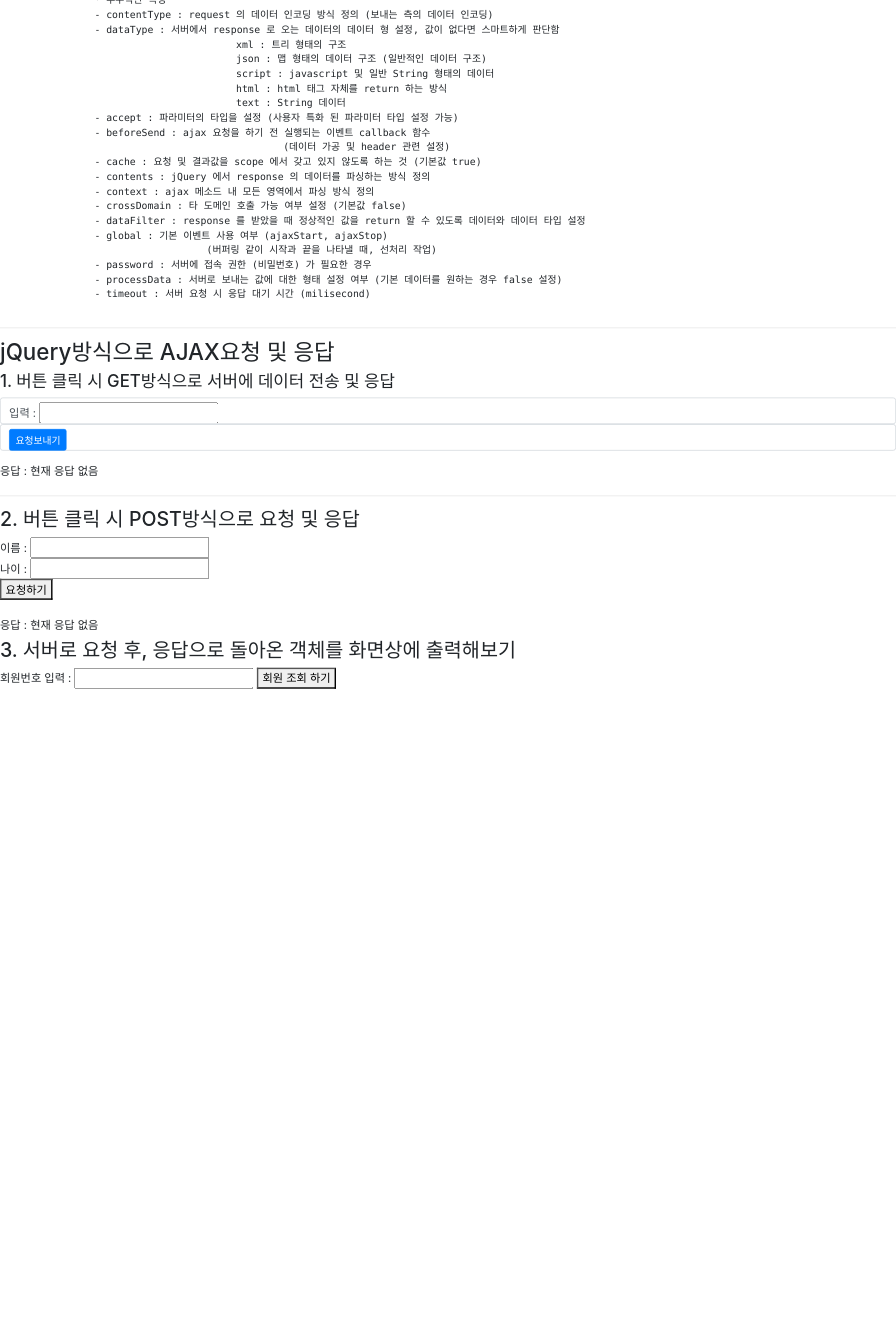
Repository: Hyunbin1111/practice
Page: http://localhost/MyBatisProject/study
The author's editor kept a copy of each file at every save. The page is drawn from the files as they stood at one save, then again after the next save.
The browser window is 1280 px wide. The pictures show the part of the page from y = 1027 to 2947 px (the page is 2947 px tall), at 70% of full size.
The page is served by Tomcat 9.

Above is the page before, as saved 2024-12-09 06:22:34.

After the next save:
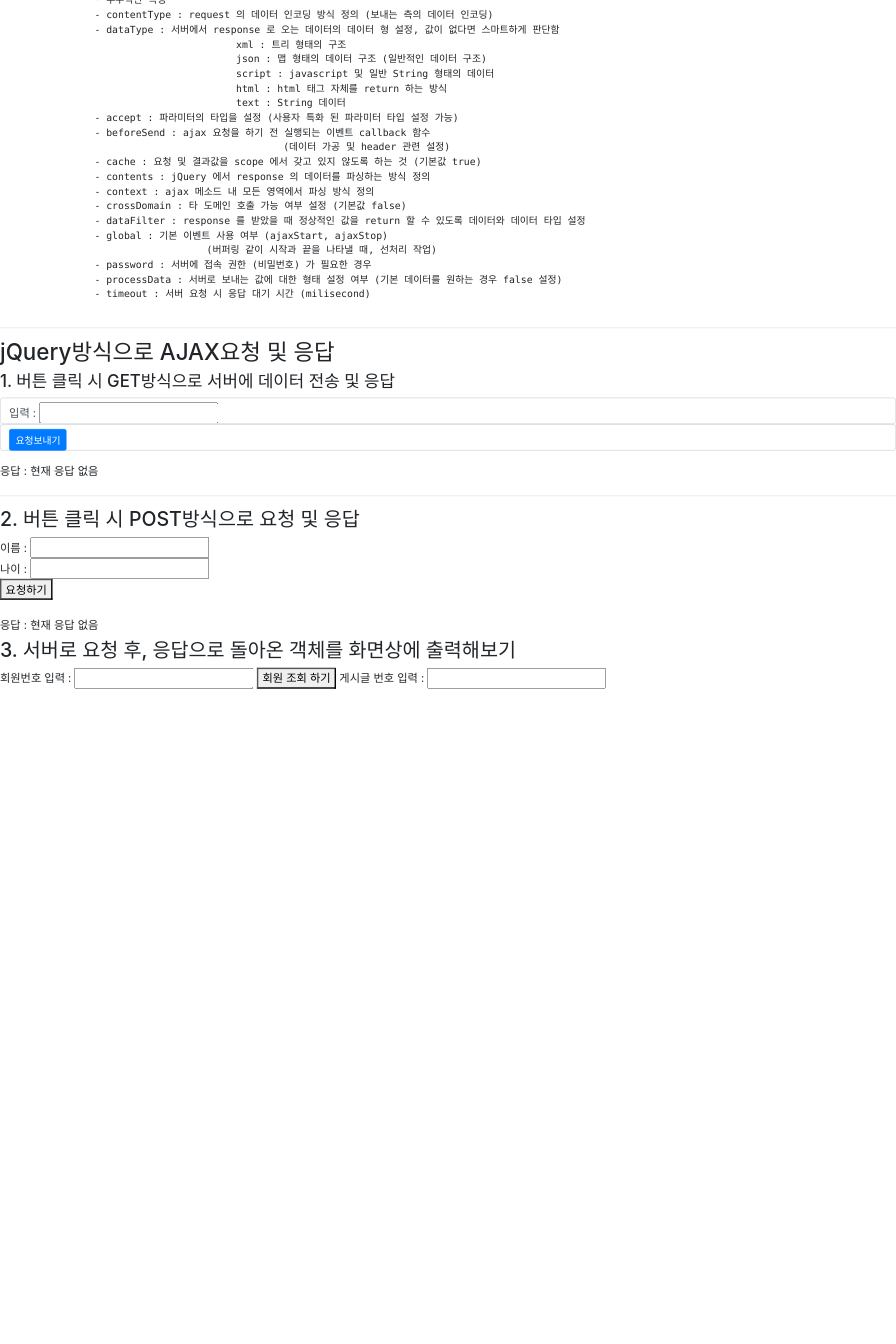
Saved 66 s later.
--- a/web-workspace2/MyBatisProject/src/main/webapp/WEB-INF/views/ajax/study.jsp
+++ b/web-workspace2/MyBatisProject/src/main/webapp/WEB-INF/views/ajax/study.jsp
@@ -180,6 +180,8 @@
 	회원번호 입력 : <input type="text" id="input3" />
 	<button id="findByUserNo">회원 조회 하기</button>
 
+	게시글 번호 입력 : <input type="text" id="input3_2" />
+
 	<div id="div-result"></div>
 
 	<script>
